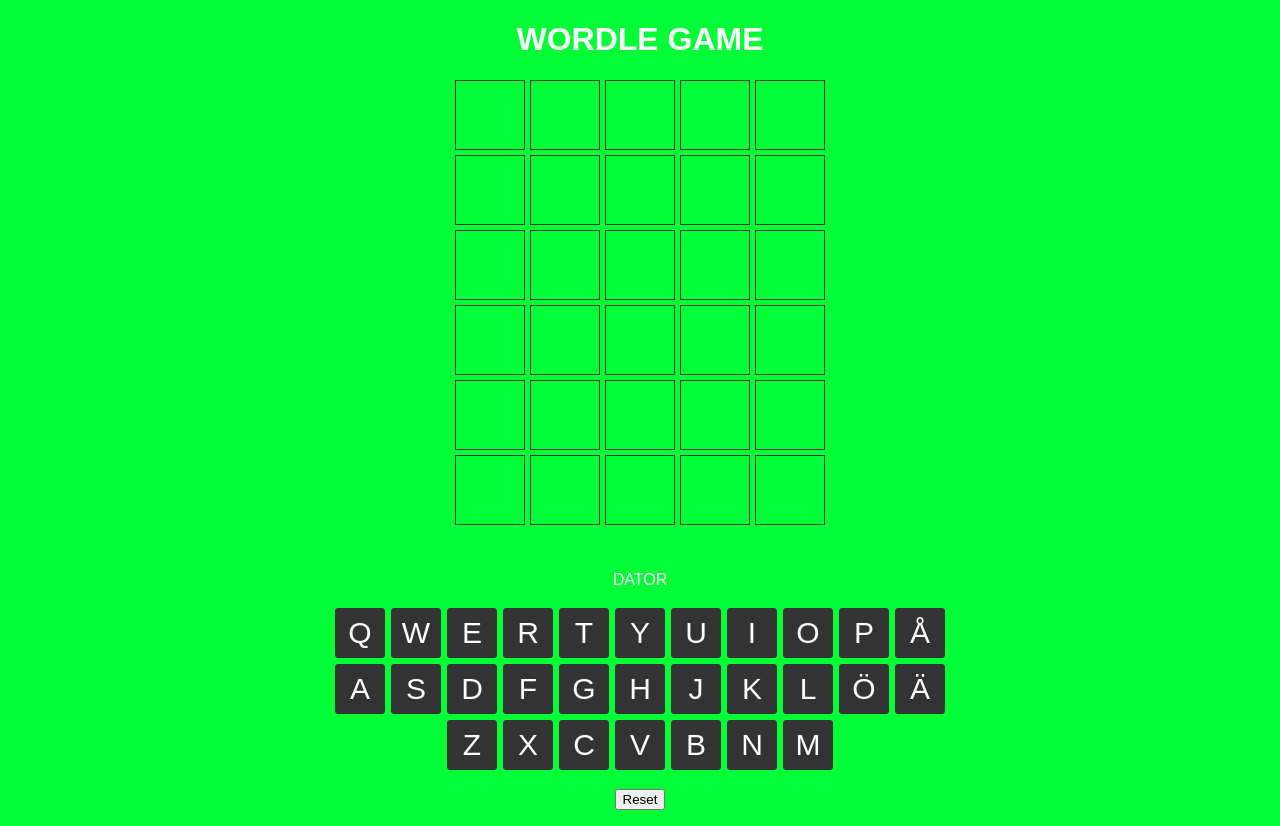
Repository: KarimIsaac/WorldeGame
Page: index.html
The author's editor kept a copy of each file at every save. The page is drawn from the files as they stood at one save, then again after the next save.
The browser window is 1280 px wide. The pictures show the whole page.

Above is the page before, as saved 2022-03-13 07:02:55.

After the next save:
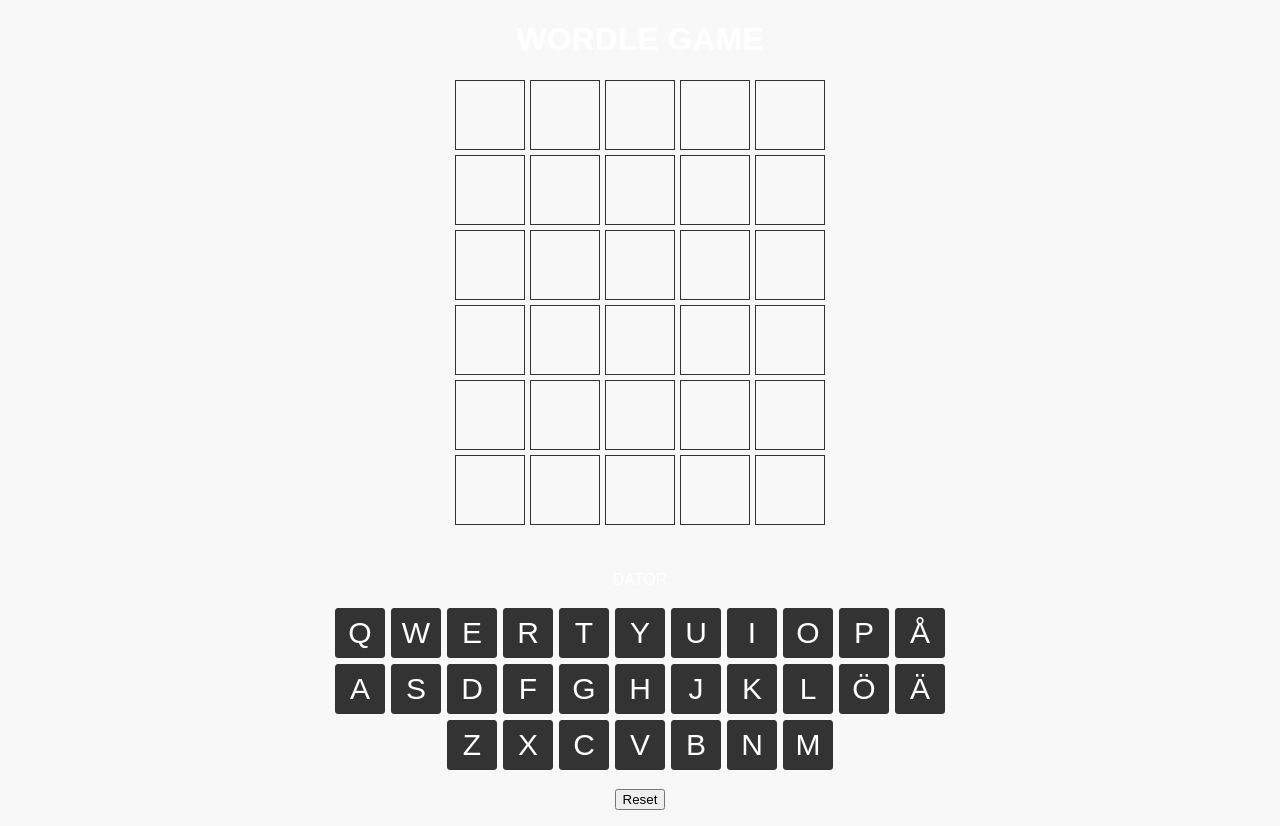
Saved 10 s later.
--- a/style.css
+++ b/style.css
@@ -1,7 +1,7 @@
 html,
 body {
   text-align: center;
-  background: rgb(0, 255, 55);
+  background: rgb(248, 248, 248);
   color: white;
   text-transform: uppercase;
   font-family: sans-serif;
